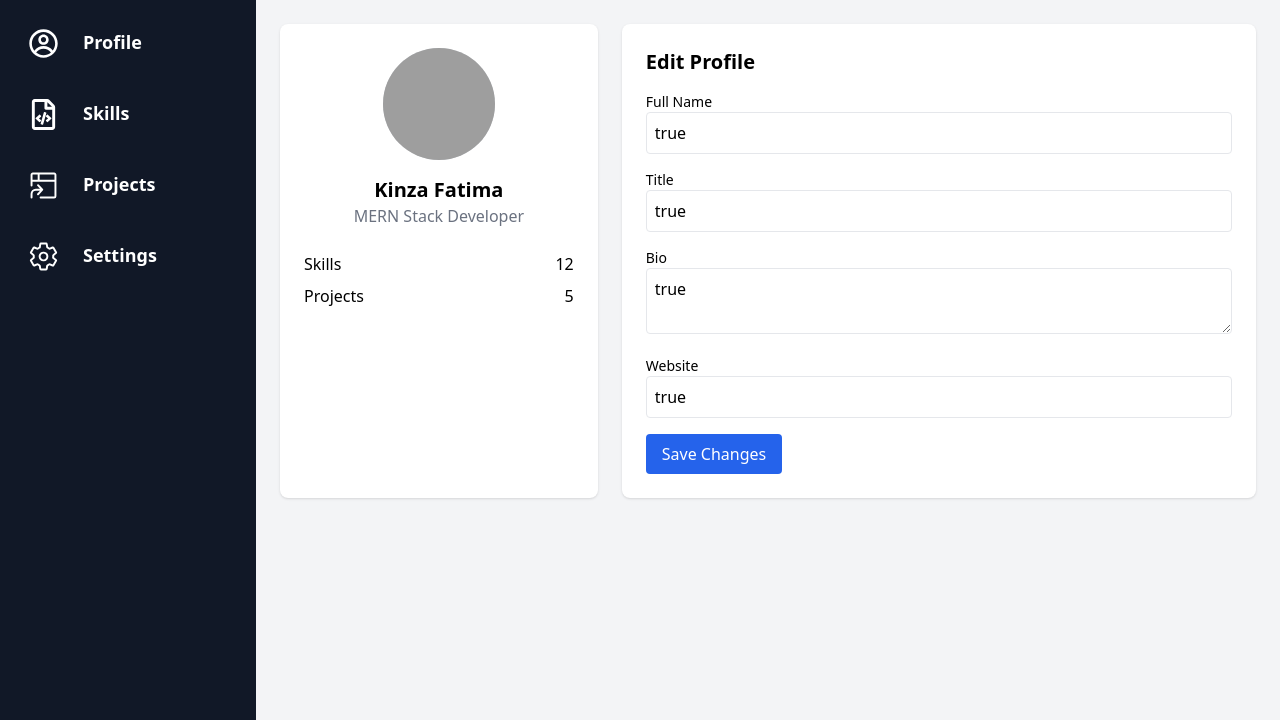
Repository: alizey12/DevLinker-Developer-Portfolio-Builder
Page: /dashboard/profile
The author's editor kept a copy of each file at every save. The page is drawn from the files as they stood at one save, then again after a run of saves.
The browser window is 1280 px wide. The pictures show the whole page.
Pictures or frames that could not be fetched are drawn as grey boxes. The project was rebuilt for these pictures with package versions that can differ from the ones it lists, and the page was loaded fresh each time. Also part of the build but not shown: vite.config.js, src/Pages/Login.jsx, src/Pages/Signup.jsx, src/Pages/Portfolio.jsx, src/Pages/Page404.jsx, src/Pages/Dashboard/Skills.jsx, src/Pages/Dashboard/Project.jsx, src/Pages/Dashboard/Setting.jsx.

Above is the page before, as saved 2025-06-28 21:28:14.

### src/main.jsx
import { StrictMode } from 'react'

import { createRoot } from 'react-dom/client'
import './index.css'
import App from './App.jsx'
import { BrowserRouter } from 'react-router'

createRoot(document.getElementById('root')).render(
  <StrictMode>
  <BrowserRouter>
    <App />
    </BrowserRouter>
  </StrictMode>,
)

### src/App.jsx
import AppRoutes from "./Routes/AppRoutes";

function App() {
  return (
    <>
<AppRoutes />
    </>
  )
}

export default App

### src/Routes/AppRoutes.jsx
import React from 'react';
import { Routes, Route } from 'react-router';

import DashboardLayout from '../Components/Layout/DashboardLayout';
import Login from '../Pages/Login';
import Signup from '../Pages/Signup';
import Portfolio from '../Pages/Portfolio';
import Page404 from "../Pages/Page404";

import Profile from '../Pages/Dashboard/Profile';
import Skills from '../Pages/Dashboard/Skills';
import Projects from '../Pages/Dashboard/Project';
import Settings from '../Pages/Dashboard/Setting';

const AppRoutes = () => {
  return (
    <Routes>
      {/* Public Routes */}
      <Route path='/' element={<Login />} />
      <Route path='/signup' element={<Signup />} />
      <Route path='/portfolio/:username' element={<Portfolio />} />

      {/* Dashboard Routes */}
      <Route path='/dashboard' element={<DashboardLayout />}>
        <Route path="profile" element={<Profile />} />
        <Route path="skills" element={<Skills />} />
        <Route path="projects" element={<Projects />} />
        <Route path="settings" element={<Settings />} />
      </Route>

      {/* 404 Page */}
      <Route path='*' element={<Page404 />} />
    </Routes>
  );
};

export default AppRoutes;

### src/Components/Layout/DashboardLayout.jsx
import React from 'react'
import { Outlet } from 'react-router'
import Sidebar from '../Sidebar'

const DashboardLayout = () => {
  return (
    <div className="flex min-h-screen">
      {/* Sidebar on the left */}
      <Sidebar />

      {/* Main content */}
      <main className="flex-1 p-6 bg-gray-100">
        <Outlet />
      </main>
    </div>
  )
}

export default DashboardLayout

### src/Pages/Dashboard/Profile.jsx
import React, { useState } from 'react'



const Profile = () => {
  const [formData, setFormData] = useState({
    name: '',
  title: '',
  bio: '',
  website: '',
  });
  function handleInput(e) {
    setFormData([...formData])
  }
  return (
    <div className="flex flex-col md:flex-row gap-6">
      {/* Left: Profile Card */}
      <div className="w-full md:w-1/3 bg-white p-6 rounded-lg shadow">
        <img
          src="https://static.vecteezy.com/system/resources/previews/036/473/336/original/ai-generated-asian-girl-as-a-modern-day-tech-entrepreneur-on-transparent-background-png.png"
          alt="Avatar"
          className="w-28 h-28 bg-gray-300 rounded-full mx-auto"
        />
        <h2 className="text-center text-xl font-semibold mt-4">Kinza Fatima</h2>
        <p className="text-center text-gray-500">MERN Stack Developer</p>

        {/* Stats */}
        <div className="mt-6 space-y-2">
          <div className="flex justify-between">
            <span>Skills</span>
            <span>12</span>
          </div>
          <div className="flex justify-between">
            <span>Projects</span>
            <span>5</span>
          </div>
        </div>
      </div>

      {/* Right: Edit Form */}
      <div className="w-full md:w-2/3 bg-white p-6 rounded-lg shadow">
        <h2 className="text-xl font-semibold mb-4">Edit Profile</h2>
        <form className="space-y-4">
          <div>
            <label className="block text-sm font-medium">Full Name</label>
            <input value onChange={(e)=>setFormData(e.target.value)} type="text" className="w-full border p-2 rounded" />
          </div>
          <div>
            <label className="block text-sm font-medium">Title</label>
            <input value onChange={(e)=>setFormData(e.target.value)} type="text" className="w-full border p-2 rounded" />
          </div>
          <div>
            <label className="block text-sm font-medium">Bio</label>
            <textarea value onChange={(e)=>setFormData(e.target.value)} className="w-full border p-2 rounded"></textarea>
          </div>
          <div>
            <label className="block text-sm font-medium">Website</label>
            <input value onChange={(e)=>setFormData(e.target.value)} type="url" className="w-full border p-2 rounded" />
          </div>
          <button className="bg-blue-600 text-white px-4 py-2 rounded">Save Changes</button>
        </form>
      </div>
    </div>
  )
}

export default Profile

### src/Components/Sidebar.jsx
import React from 'react'
import { NavLink } from 'react-router'
import { CgProfile } from "react-icons/cg";
import { FaRegFileCode } from "react-icons/fa";
import { GoProjectSymlink } from "react-icons/go";
import { IoSettingsOutline } from "react-icons/io5";

const Sidebar = () => {
  return (
    <div>
      <aside className="w-64 min-h-screen bg-gray-900 text-white p-4">
  <ul className="space-y-4">
    <li className='flex '><CgProfile className='p-3' size={55}/> <NavLink className='p-3 font-semibold text-lg' to="profile">Profile</NavLink></li>
    <li className='flex'><FaRegFileCode className='p-3' size={55}/> <NavLink className='p-3 font-semibold text-lg'  to="skills">Skills</NavLink></li>
    <li className='flex'><GoProjectSymlink  className='p-3' size={55}/> <NavLink className='p-3 font-semibold text-lg'  to="projects">Projects</NavLink> </li>
    <li className='flex'><IoSettingsOutline className='p-3' size={55} /> <NavLink className='p-3 font-semibold text-lg'  to="settings">Settings</NavLink></li>
  </ul>
</aside>

    </div>
  )
}

export default Sidebar

Loaded but not shown: index.html (common file); src/index.css (common file); tailwind.config.js (common file)

After the next 2 saves:
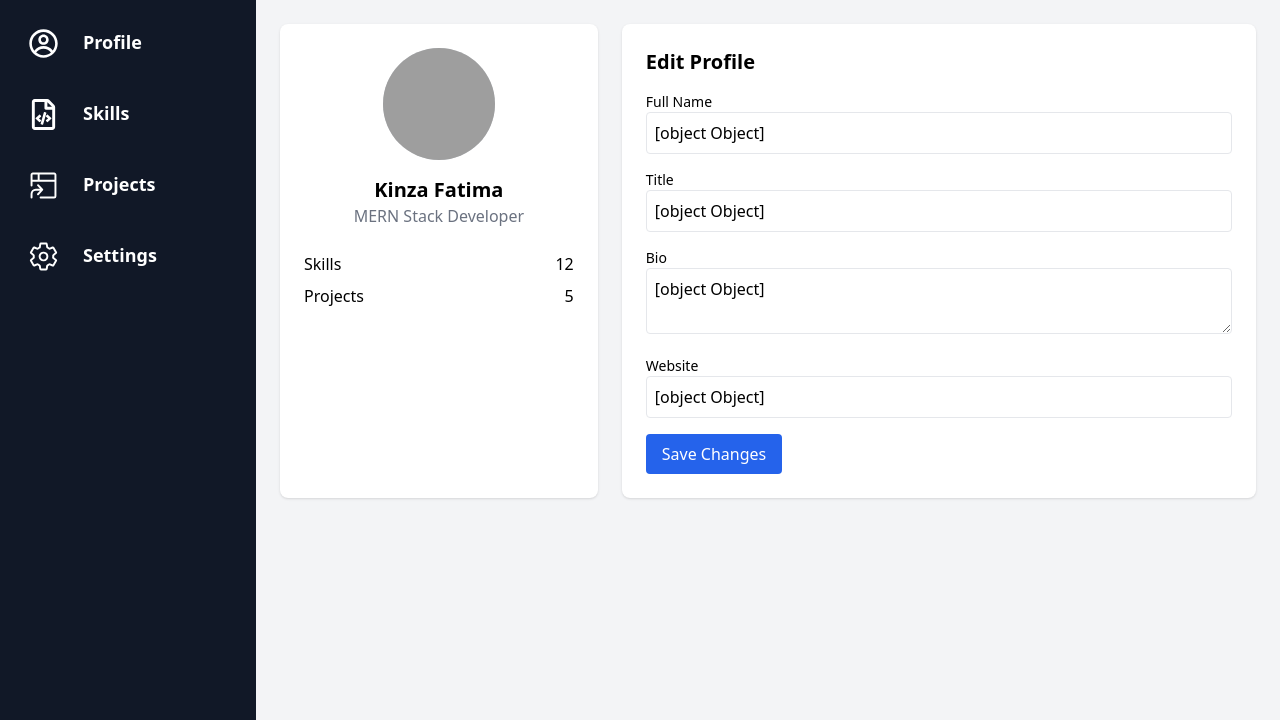
The 2 saves are shown as one change because 1 did not build or start.
The last was saved 11 s later.
--- a/src/Pages/Dashboard/Profile.jsx
+++ b/src/Pages/Dashboard/Profile.jsx
@@ -43,19 +43,19 @@ const Profile = () => {
         <form className="space-y-4">
           <div>
             <label className="block text-sm font-medium">Full Name</label>
-            <input value onChange={(e)=>setFormData(e.target.value)} type="text" className="w-full border p-2 rounded" />
+            <input value={formData} onChange={(e)=>setFormData(e.target.value)} type="text" className="w-full border p-2 rounded" />
           </div>
           <div>
             <label className="block text-sm font-medium">Title</label>
-            <input value onChange={(e)=>setFormData(e.target.value)} type="text" className="w-full border p-2 rounded" />
+            <input value={formData} onChange={(e)=>setFormData(e.target.value)} type="text" className="w-full border p-2 rounded" />
           </div>
           <div>
             <label className="block text-sm font-medium">Bio</label>
-            <textarea value onChange={(e)=>setFormData(e.target.value)} className="w-full border p-2 rounded"></textarea>
+            <textarea value={formData} onChange={(e)=>setFormData(e.target.value)} className="w-full border p-2 rounded"></textarea>
           </div>
           <div>
             <label className="block text-sm font-medium">Website</label>
-            <input value onChange={(e)=>setFormData(e.target.value)} type="url" className="w-full border p-2 rounded" />
+            <input value={formData} onChange={(e)=>setFormData(e.target.value)} type="url" className="w-full border p-2 rounded" />
           </div>
           <button className="bg-blue-600 text-white px-4 py-2 rounded">Save Changes</button>
         </form>
